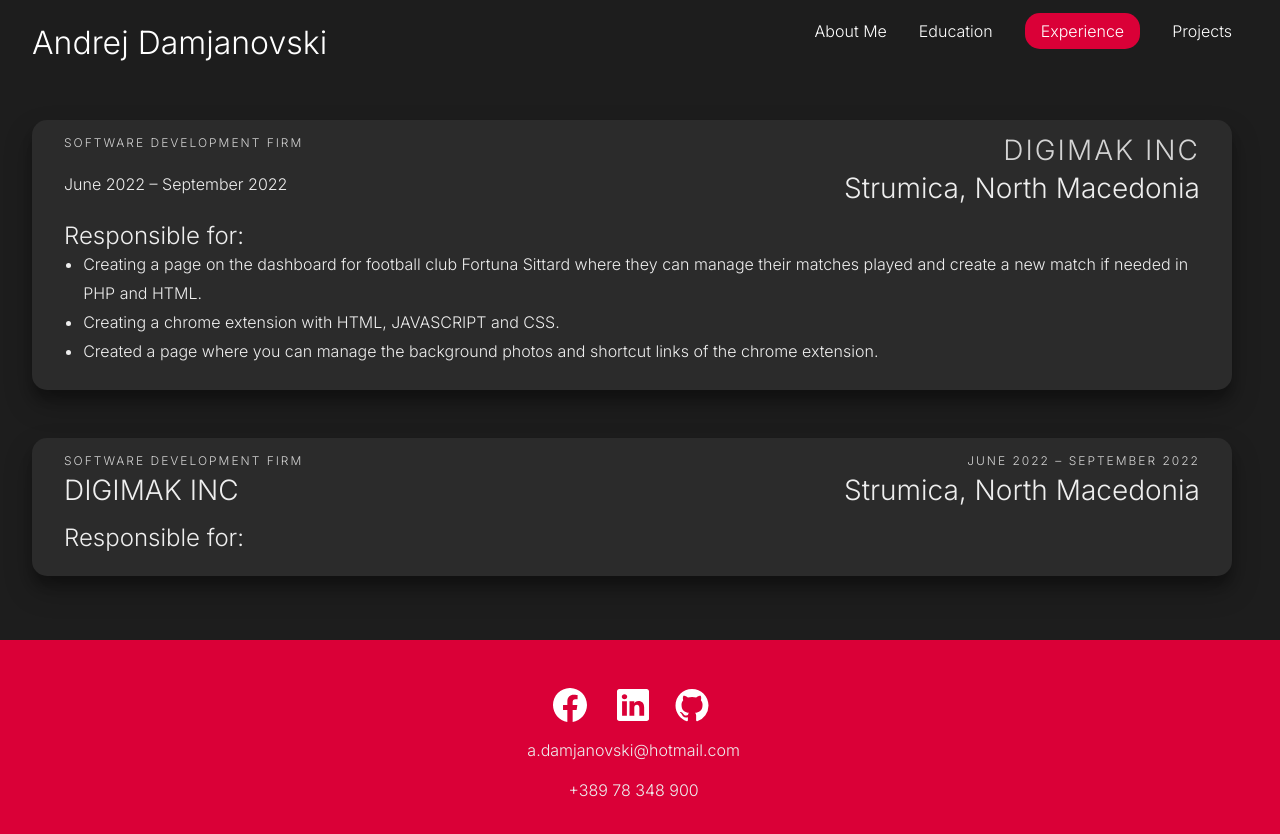
Repository: ADamjanovski/portfolio
Page: experience.html
An editor plug-in stored every save of this project. The page is shown before and after a run of saves, followed by the edit.
The browser window is 1280 px wide. The pictures show the whole page.

Above is the page before, as saved 2023-07-03 12:05:08.

After the next 2 saves:
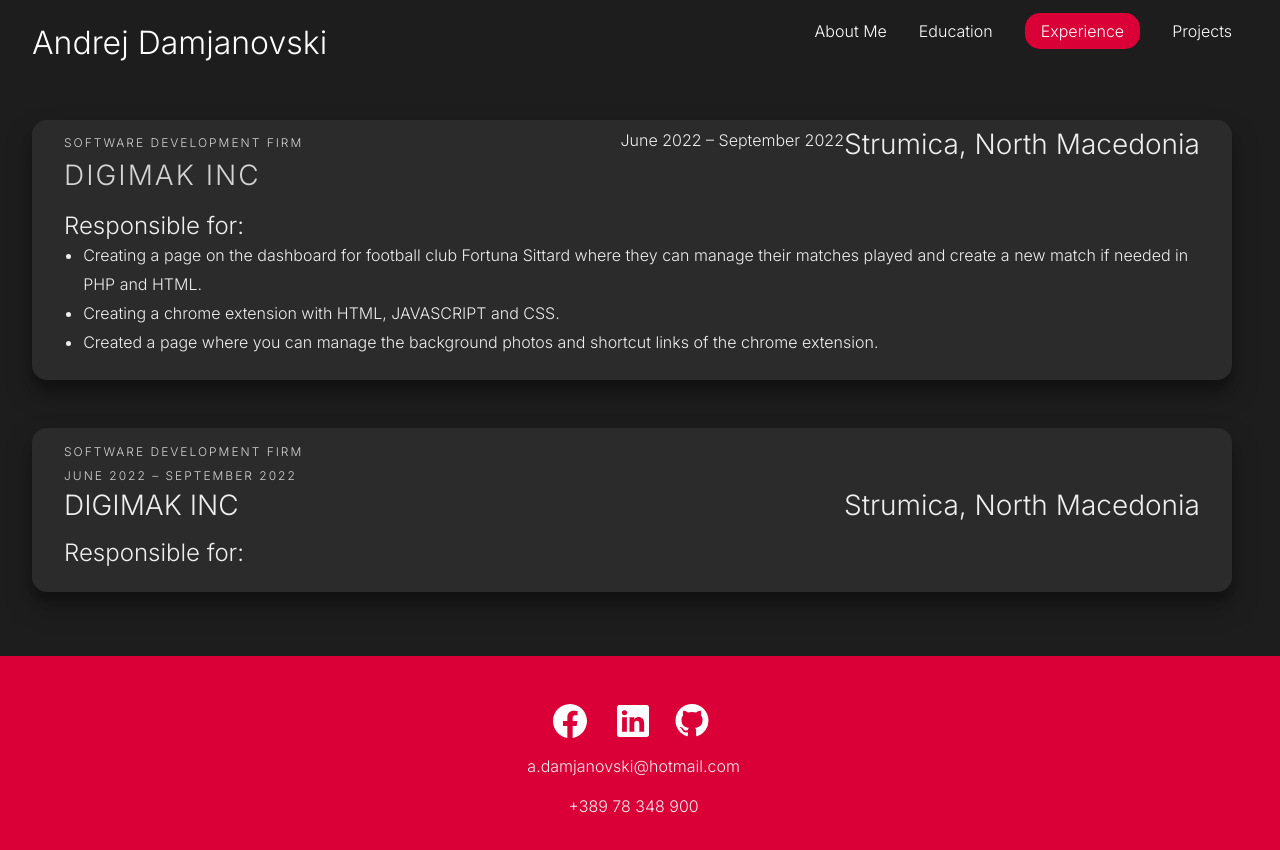
The 2 saves are shown as one change because they came seconds apart.
The last was saved 21 s later.
--- a/style.css
+++ b/style.css
@@ -113,9 +113,12 @@
     box-shadow: rgba(0, 0, 0, 0.25) 0px 14px 28px, rgba(0, 0, 0, 0.22) 0px 10px 10px;;
 }
 
+.job-header{
+    display: flex;
+    justify-content: space-between;
+}
 .role{
-    display: flex;
-    justify-content: space-between;
+
     text-transform: uppercase;
     margin-bottom: 0px;
     padding-bottom: 0px;
